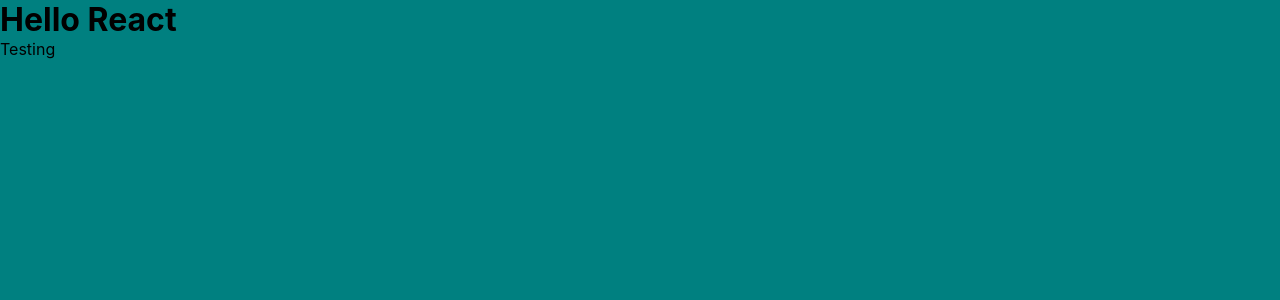
Repository: Exdevo/React
Page: /
The author's editor kept a copy of each file at every save. The page is drawn from the files as they stood at one save, then again after the next save.
The browser window is 1280 px wide. The pictures show the whole page.
The project was rebuilt for these pictures with package versions that can differ from the ones it lists, and the page was loaded fresh each time. Also part of the build but not shown: src/ItemDescription.js, src/Product.js.

Above is the page before, as saved 2023-02-12 13:36:48.

After the next save:
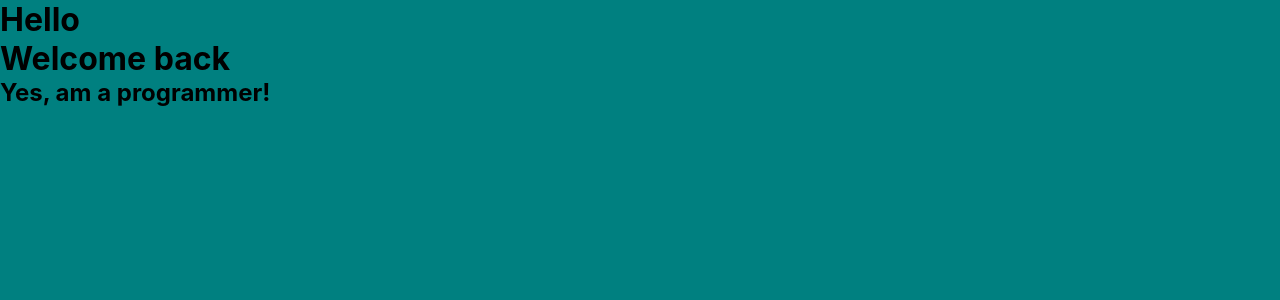
Saved 13 s later.
--- a/src/App.js
+++ b/src/App.js
@@ -3,7 +3,7 @@ import Product from './Product';
 
 function App() {
 
-  const name= "React";
+  const name= null;
   let isProgrammer= true;
 
 
